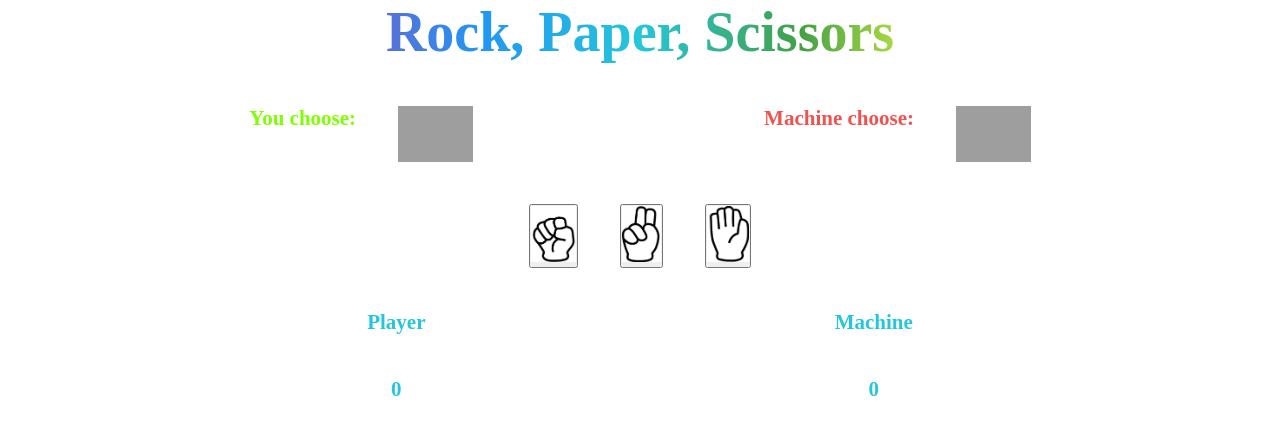
Repository: dung8466/RPS
Page: index.html
These files come from the project's save history. The page is drawn as it stood at one moment and after the next save; the edit follows.
The browser window is 1280 px wide. The pictures show the whole page.
Pictures or frames that could not be fetched are drawn as grey boxes.

Above is the page before, as saved 2022-07-01 20:02:34.

### index.html
<!DOCTYPE html>
<html lang="en">
<head>
    <meta charset="UTF-8">
    <meta http-equiv="X-UA-Compatible" content="IE=edge">
    <meta name="viewport" content="width=device-width, initial-scale=1.0">
    <title>Fun Game</title>
    <link rel="stylesheet" href="style.css">
    <script src="script.js"></script>
</head>
<body>
    <h1 class="header">
        Rock, Paper, Scissors
    </h1>
    <div class="choice flex-box">
        <div class="player-choice flex-box">
            <p>You choose:</p>
            <img src="" alt="" id="player-choice">
        </div>
        <div class="machine-choice flex-box">
            <p>Machine choose:</p>
            <img src="" alt="" id="machine-choice">
        </div>
    </div>
    <div class="board flex-box">
            <button class="rock btnChoice">
                <img src="src/rock.jpg" alt="">
            </button>
            <button class="scissor btnChoice">
                <img src="src/scissor.jpg" alt="">
            </button>
            <button class="paper btnChoice">
                <img src="src/paper.jpg" alt="">
            </button>
    </div>
    <div class="score flex-box">
        <div class="player-score flex-box">
            <h2>Player</h2>
            <p id="player-score">0</p>
        </div>
        <div class="machine-score flex-box">
            <h2>Machine</h2>
            <p id="machine-score">0</p>
        </div>
    </div>
</body>
</html>

### style.css
*{
    font-family: 'Times New Roman', Times, serif;
    font-size: 14px;
    margin: 0;
    padding: 0;
}

.flex-box{
    display: flex;
    align-items: center;
    justify-content: space-evenly;
    align-content: space-between;
    gap: 3em;
}

img{
    max-width: 100%;
    max-height: 100%;
}

.choice{
    margin-top: 3em;
    margin-bottom: 3em;
}
.player-choice, .machine-choice{
    flex-direction: row;
    align-items: flex-start;
}
.player-choice p{
    font-size: 1.5em;
    font-weight: bold;
    color: chartreuse;
}
.machine-choice p{
    font-size: 1.5em;
    font-weight: bold;
    color: #ef5350;
}
.player-choice img, .machine-choice img{
    height: 4em;
    width: auto;
    background-color: aliceblue;
}
.header{
    font-size: 4em;
    font-weight: bold;
    background: linear-gradient(to right, #ef5350, #f48fb1, #7e57c2, #2196f3, #26c6da, #43a047, #eeff41, #f9a825, #ff5722);
    -webkit-background-clip: text;
    -webkit-text-fill-color: transparent;
    text-align: center;
}
.board{
    align-items: center;
    justify-content: center;
}
.board button img{
    height: 4em;
    width: auto;
    background-color: aliceblue;
}

.score {
    margin-top: 3em;
}
.player-score, .machine-score{
    flex-direction: column;
    align-items: center;
}
.score p, .score h2{
    font-size: 1.5em;
    font-weight: bold;
    color: #26c6da;
}

### script.js
const selection = [
    {
        name: 'rock',
        beats: 'scissors',
    },
    {
        name: 'paper',
        beats: 'rock',
    },
    {
        name: 'scissors',
        beats: 'paper',
    }
]
let playerSelection;
let computerSelection;
let playerScore = 0;
let computerScore = 0;
const images = ["src/rock.jpg", "src/paper.jpg", "src/scissors.jpg"];
document.addEventListener('DOMContentLoaded', _ => {
  const ImageIndex = (  images.length);
  document.getElementById('player-choice').src = images[ImageIndex];
});

document.addEventListener('DOMContentLoaded', _ => {
  const randImageIndex = ~~(Math.random() * images.length);
  document.getElementById('machine-choice').src = images[randImageIndex];
});

After the next save:
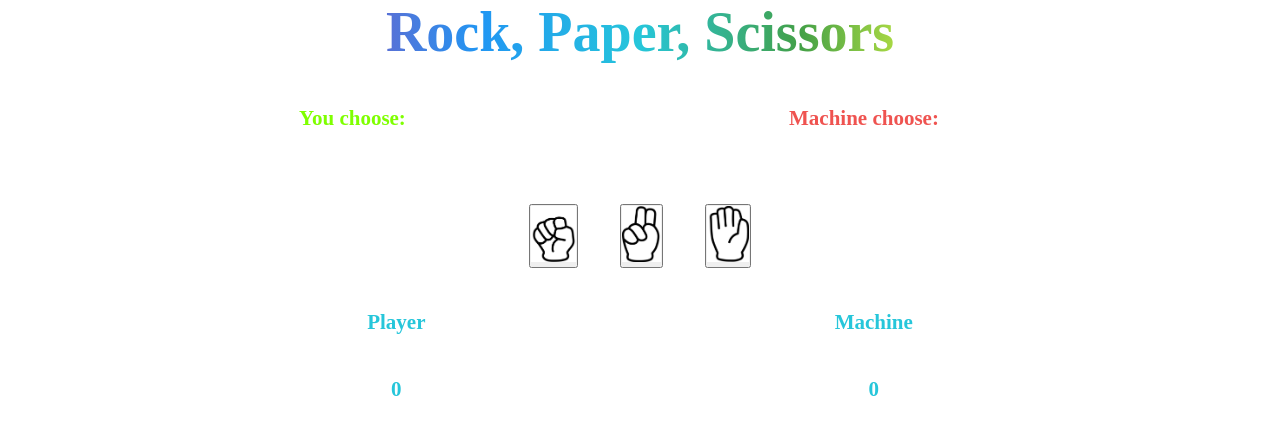
Console error: SyntaxError: Unexpected token ';'
Saved 16 s later.
--- a/script.js
+++ b/script.js
@@ -12,7 +12,7 @@
         beats: 'paper',
     }
 ]
-let playerSelection;
+let playerSelection = ;
 let computerSelection;
 let playerScore = 0;
 let computerScore = 0;

After the save that followed:
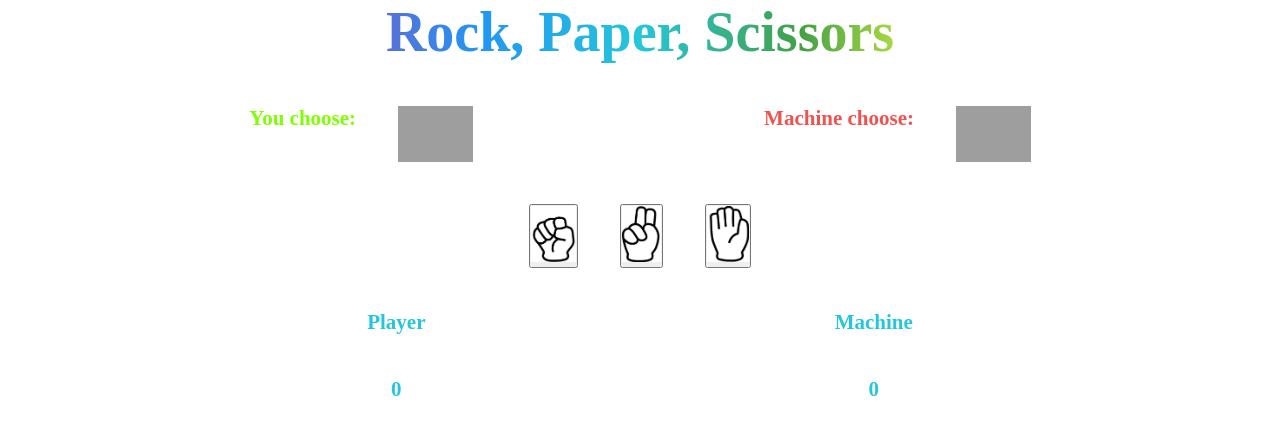
The error is gone.
Saved 33 s later.
--- a/script.js
+++ b/script.js
@@ -12,7 +12,7 @@
         beats: 'paper',
     }
 ]
-let playerSelection = ;
+let playerSelection = document.querySelector;
 let computerSelection;
 let playerScore = 0;
 let computerScore = 0;
